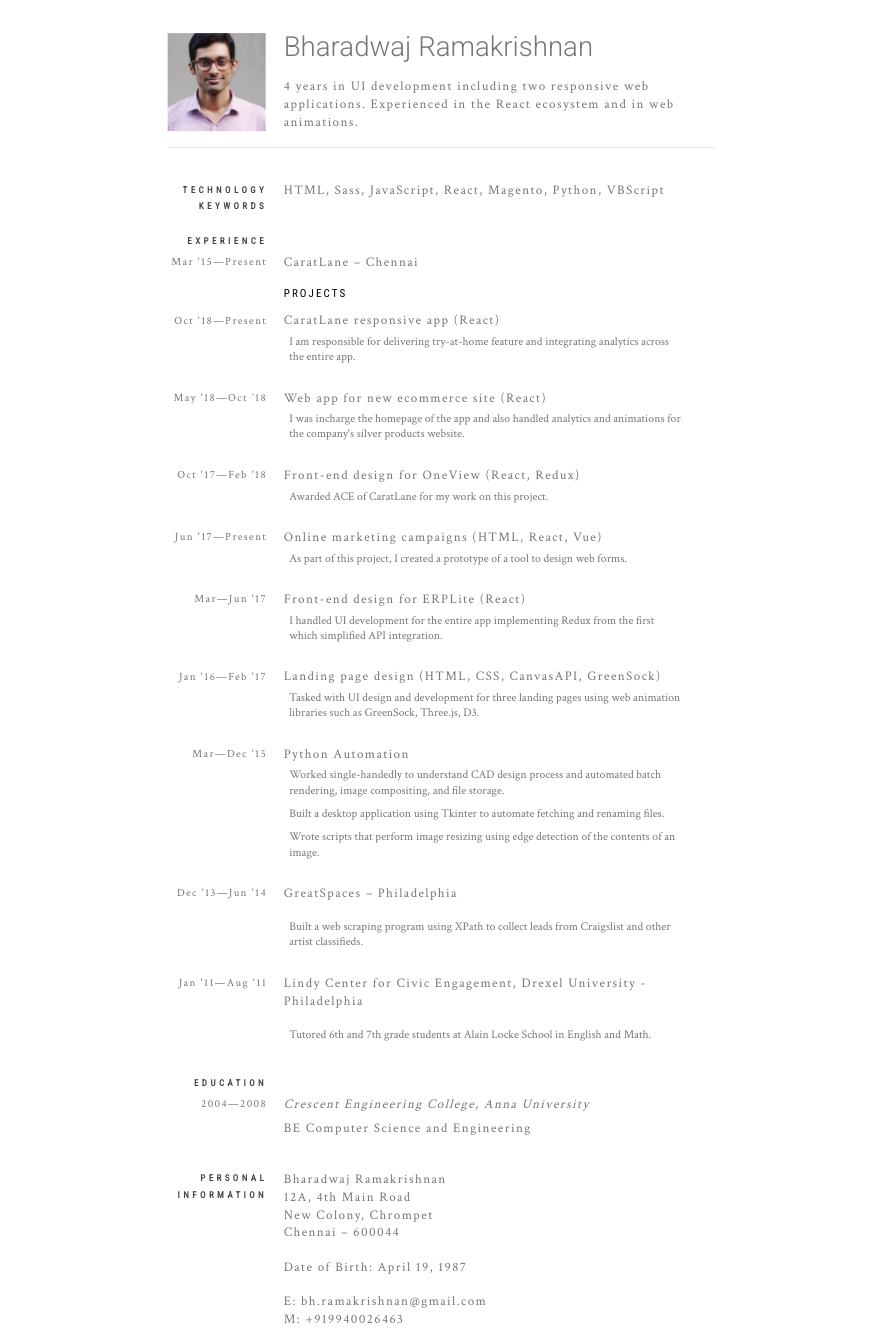
Repository: nosplashurinal/resume
Page: index_eBanking.html
An editor plug-in stored every save of this project. The page is shown before and after the next save, followed by the edit.
The browser window is 1280 px wide. The pictures show the whole page, at 69% of full size.

Above is the page before, as saved 2019-01-03 02:01:01.

After the next save:
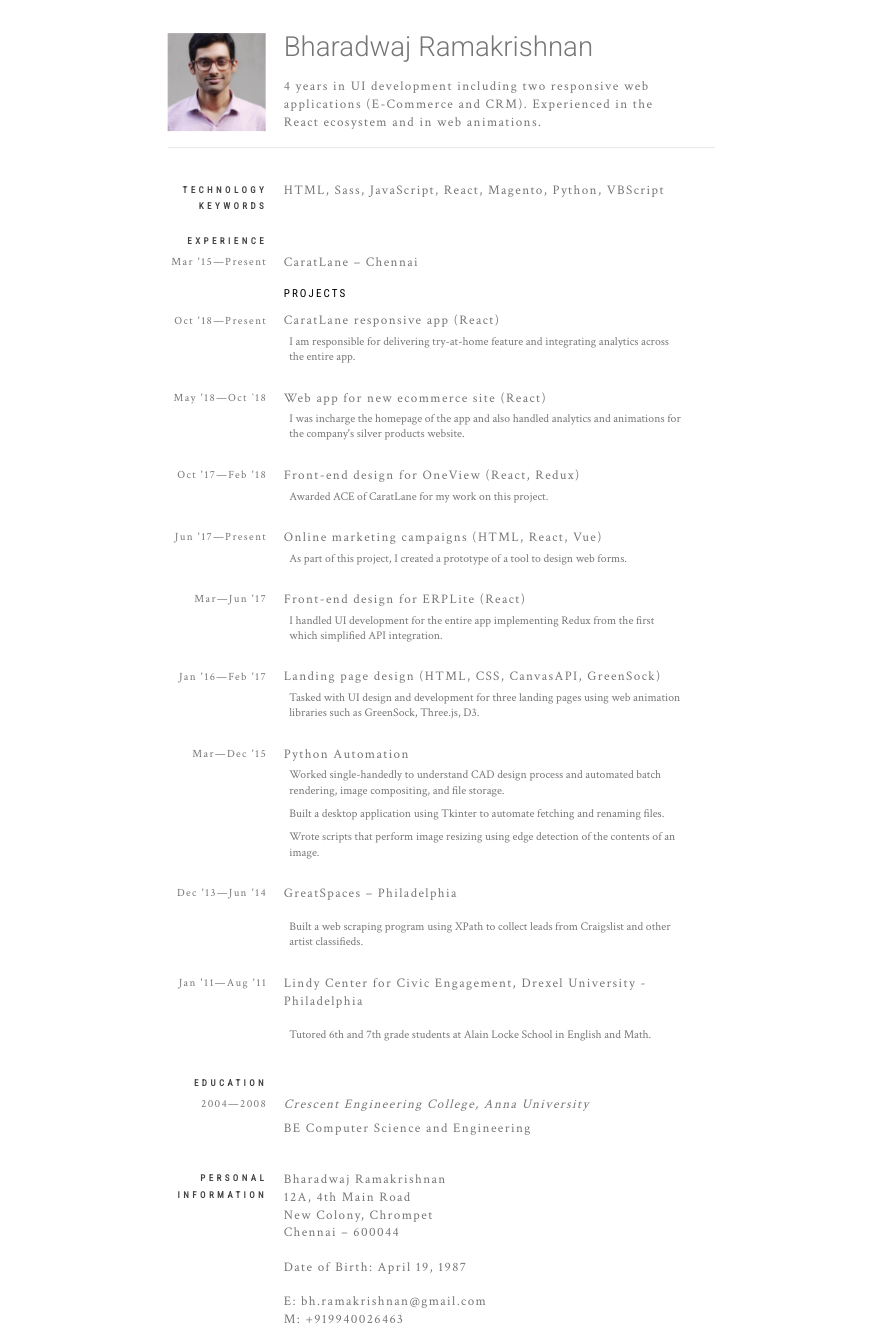
Saved 62 s later.
--- a/index_eBanking.html
+++ b/index_eBanking.html
@@ -23,7 +23,7 @@
         </div>
         <h1>Bharadwaj Ramakrishnan</h1>
         <p>
-          4 years in UI development including two responsive web applications.
+          4 years in UI development including two responsive web applications (E-Commerce and CRM).
           Experienced in the React ecosystem and in web animations.
         </p>
       </div>
